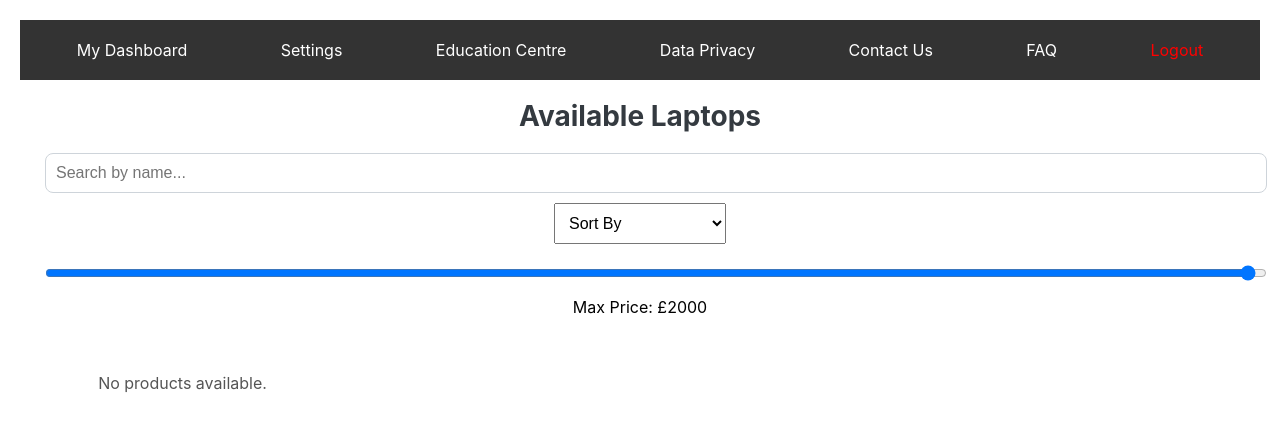
Repository: aab232/https---github.com-aab232-Deferred-Payment-Platform
Page: /main (app in frontend/)
The author's editor kept a copy of each file at every save. The page is drawn from the files as they stood at one save, then again after the next save.
The browser window is 1280 px wide. The pictures show the whole page.
The page's requests for data from a server got no answer. The project was rebuilt for these pictures with package versions that can differ from the ones it lists, and the page was loaded fresh each time. No one was signed in, and anything a server would have sent is missing. Also part of the build but not shown: frontend/src/components/Home.js, frontend/src/components/Register.js, frontend/src/components/Login.js, frontend/src/components/BackButton.css, frontend/src/components/BackButton.js, frontend/src/components/Settings.js.

Above is the page before, as saved 2025-04-01 00:32:26.

After the next save:
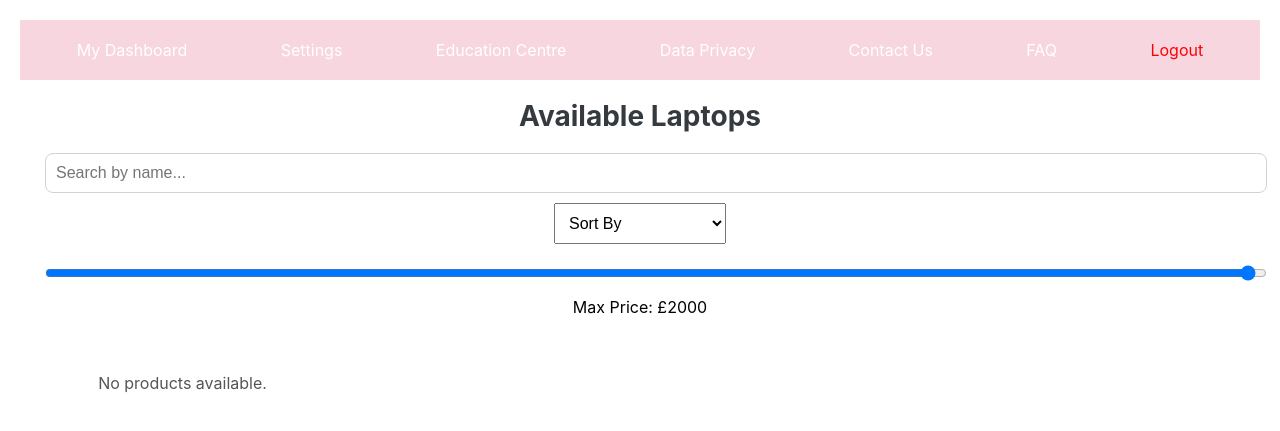
Saved 58 s later.
--- a/frontend/src/components/Main.css
+++ b/frontend/src/components/Main.css
@@ -6,7 +6,7 @@
 .taskbar {
   display: flex;
   justify-content: space-around;
-  background-color: #333;
+  background-color: #F7D6E0;
   padding: 10px;
 }
 
